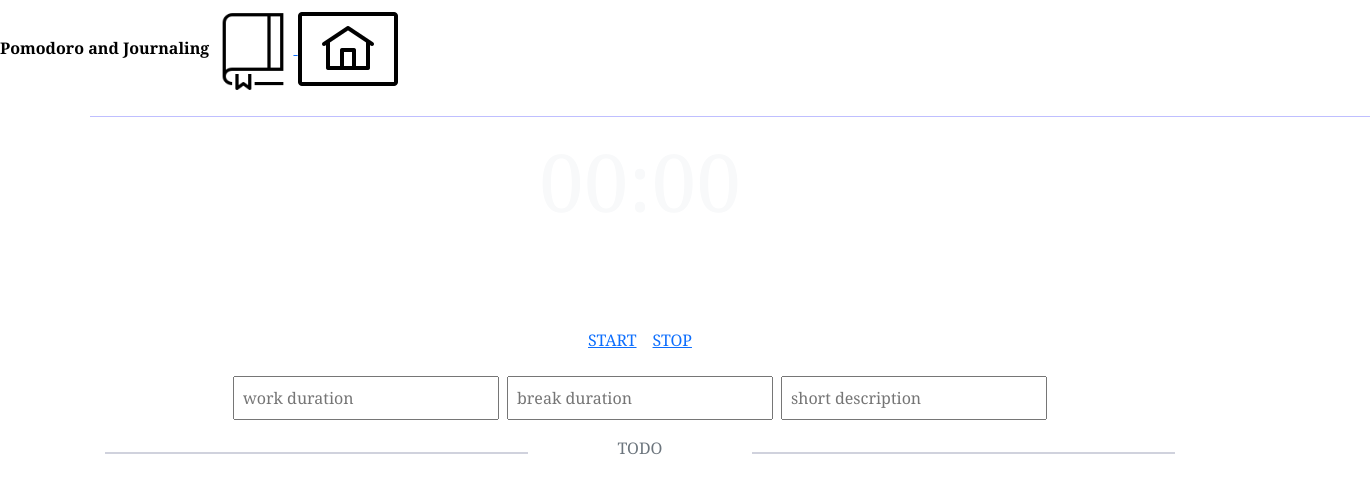
Repository: Lucid-art/Team-8-Project
Page: templates/pomodoro.html
The author's editor kept a copy of each file at every save. The page is drawn from the files as they stood at one save, then again after the next save.
The browser window is 1280 px wide. The page is 1370 px wide, so the pictures cover 1370 px, including what lies to the right of the window. The pictures show the whole page.
Some web libraries are served in a nearby version.

Above is the page before, as saved 2021-06-11 16:40:47.
Console error: TypeError: Cannot read properties of null (reading 'addEventListener')

### templates/pomodoro.html
<!DOCTYPE html>
<html lang="en">
<head>
    <meta charset="UTF-8">
    <meta http-equiv="X-UA-Compatible" content="IE=edge">
    <meta name="viewport" content="width=device-width, initial-scale=1.0">


    <!-- Font awesome -->
    <script src="https://kit.fontawesome.com/02b5c565be.js" crossorigin="anonymous"></script>
    <!-- Bootstrap Css -->
    <link href="https://cdn.jsdelivr.net/npm/bootstrap@5.0.0-beta3/dist/css/bootstrap.min.css" rel="stylesheet" integrity="sha384-eOJMYsd53ii+scO/bJGFsiCZc+5NDVN2yr8+0RDqr0Ql0h+rP48ckxlpbzKgwra6" crossorigin="anonymous">
    <!-- Custom Css -->
    <link rel= "stylesheet" href = "/static/style.css">
    <title>Pomodoro Timer</title>
</head>
<body>




        <p><b>Pomodoro and Journaling</b>  <a href = "/entryType">
            <img class = "book" alt="/entryType" src="/static/book.png" width= "80" height= "80">
        </a> <a href = "/"> <img src = "/static/home-screen.png" class = "home"></a>   </p><hr>

    </div>

        <!-- Header -->
        <div class="main-container">
            <div class="my-header d-flex flex-column align-items-center">
                <small class="remTime fw-normal display-1 text-light mb-3">00:00</small>

                <!-- Progress Bar -->
                <div class="progBar">
                    <div class="progress my-1" style="height:2px;">
                        <div class="progress-bar p1 bg-warning" role="progressbar" style="width: 1%;" aria-valuenow="25" aria-valuemin="0" aria-valuemax="100"></div>
                          </div>
                          <div class="progress" style="height: 33px;">
                            <div class="progress-bar p2 bg-warning progress-bar-striped progress-bar-animated" role="progressbar" style="width: 1%;" aria-valuenow="25" aria-valuemin="0" aria-valuemax="100"></div>
                          </div>
                </div>



                <p class="noticeBoard fs-6 text-center mt-3" style="color:black;"></p>
                <div class="my-btns d-flex">
                    <a href="#" class="resume py-2 mx-2 d-none ">RESUME</a>
                    <a href="#" class="pause py-2 mx-2 d-none">PAUSE</a>
                    <a href="#" class="start py-2 mx-2">START</a>
                    <a href="#" class="stop py-2 mx-2 ">STOP</a>

                </div>
            </div>

        </div>

       <small class="error d-flex justify-content-center fw-lighter mt-2 d-none" style="color: red;">Please fill all the inputs or work/break duration must be greater than 0(zero)</small>


       <!-- Description Form -->
        <div class="description mt-3">
            <form action="" class="desc-form d-flex justify-content-center">
                <input type="number" class="workDur p-2 mx-1"  name="workTime" placeholder="work duration">
                <input type="number" class="breakDur p-2 mx-1"  name="breakTime" placeholder="break duration">
                <input type="text" class="taskDesc p-2 mx-1" name="shortDesc"  placeholder="short description" autocomplete=off>
            </form>
        </div>

         <!-- TODO Heading -->
         <div class="TODO-heading d-flex justify-content-center pt-2 text-muted mt-2 ">
            <hr style="width: 33%; height: 2px;color: #434D7A;">
            <span>TODO</span>
            <hr style="width: 33%;height: 2px; color: #434D7A;">
        </div>

       <div class="completed-list">

       </div>

        <script src="/static/script.js"></script>
        <script src="/static/theme.js"></script>
</body>
</html>

### static/style.css

body {
    --text-color: #000000;
    --bkg-color: #ffffff;
}

h1,
b {
  color: var(--text-color);
}

#bold {
    color: var(--text-color);
}
body{
    font-family: Georgia, 'Times New Roman', Times, serif;
}

#main{
    display: inline;
    text-align: center;
}

hr {
    color: var(--text-color);
    color: blue;
    width: 100%;
    margin-left: 90px;
    margin-right: 90px;
}

#wrap{
    text-align: center;
}



.body {
    margin: 0px;
    padding: 0px;
  }
  .bar{

.bar{

    overflow: hidden;
    background-color: black;
    color: white;
    position: fixed;
    width: 100%;
}

.bar a{
    float: left;
    color: white;
    text-align: center;
    padding: 14px 16px;
    text-decoration: none;
    font-size: 17px;
}

.bar a:hover{
    background-color: grey;
    color: white;
}

.right{
    float: right;
}

.text{
    margin-top: 50px;
    text-align: center;
}






.body
  .main-container {
    display: grid;
    place-content: center;
    margin: auto;
    width: 100%;
    max-width: 70%;
    height: 300px;
    background: var(--bkg-color);
    margin-top: 10px;
    border-radius: 5px;
    box-shadow: rgba(50, 50, 93, 0.25) 0px 6px 12px -2px, rgba(0, 0, 0, 0.3) 0px 3px 7px -3px;
  }
  .my-btns a{
      border: 1px solid whitesmoke;
      border-radius: 5px;
      text-decoration: none;
      color: whitesmoke;
      display: grid;
      place-content: center;
      width: 150px;
      background-color: transparent
  }
  .my-btns a:hover{
      background-color:whitesmoke;
      color: rgb(128, 128, 128);
  }

  .progBar{
      height: 20px;
      width: 95%;
  }

  input{
      border:none;
      box-shadow: rgba(60, 64, 67, 0.3) 0px 1px 2px 0px, rgba(60, 64, 67, 0.15) 0px 1px 3px 1px;
      border-radius: 3px;
      font-size: 0.9rem;
      outline: none;

  }

  .workDur{
      width: 140px;
  }
  .breakDur{
      width: 140px;
  }
  .taskDesc{
      width: 590px;
  }

  .item{
      height: 90px;
      width: 100%;
      max-width: 70%;
      box-shadow: rgba(60, 64, 67, 0.3) 0px 1px 2px 0px, rgba(60, 64, 67, 0.15) 0px 1px 3px 1px;
      border-radius: 5px;
      margin: auto;
      border-left: 6px solid #D9534F;

  }

/* New code*/

.theme-buttons {
    /*all the grid stuff*/
    display: grid;
    grid-template-columns: 1fr 1fr 1fr 1fr;
    grid-gap: 10px;
    /*transmation */
    transition:  .3s ease
}

.button-stuff {
    border-radius: 0.25rem;
    font-size: 20px;
    padding: 5px 60px;
    border: none;
    transition:  .3s ease;
    outline: none;
}

.button {
    border: none;
}

 body {
    background: var(--bkg-color);
    padding-bottom: 30px;
    padding-top: 30px;
}

body.stealth-theme {
    --text-color: #383e42;
    --bkg-color: #010203;
  }

  #stealth {
    background-color: #010203;
    color:#383e42;
  }

  body.bmo-theme {
    --text-color: #124883;
    --bkg-color: #63bda4;
  }

  #bmo {
    background-color: #63bda4;
    color:#124883;
  }

  body.striker-theme {
    --text-color: #d6dbd9;
    --bkg-color: #124883;
  }

  #striker {
    background-color: #124883;
    color:#d6dbd9;
  }

  body.red-samurai-theme {
    --text-color: #c79e6e;
    --bkg-color: #84202c;
  }

  #red-samurai {
    background-color: #84202c;
    color: #c79e6e;
  }
/*
.vaporwave {
    background-color: #a4a7ea;
    color:#e368da;
    border-radius: 0.25rem;
    font-size: 20px;
    padding: 5px 60px;
    border: none;
    transition:  .3s ease;
    outline: none;
}

.vaporwave:hover{
    transform: scale(1.2);
    -webkit-transform: scale(1.2);
    -ms-transform: scale(1.2);
}

.vaporwave-mode {
    background-color: #a4a7ea;
    color:#e368da;
}

.methol {
    background-color: #00c18c;
    color:#ffffff;    border-radius: 0.25rem;
    font-size: 20px;
    padding: 5px 60px;
    border: none;
    transition:  .3s ease
}

.methol:hover{
    transform: scale(1.2);
    -webkit-transform: scale(1.2);
    -ms-transform: scale(1.2);
}

.striker {
    background-color: #124883;
    color:#d6dbd9;    border-radius: 0.25rem;
    font-size: 20px;
    padding: 5px 60px;
    border: none;
    transition:  .3s ease
}

.striker:hover{
    transform: scale(1.2);
    -webkit-transform: scale(1.2);
    -ms-transform: scale(1.2);
}

.red-samurai {
    background-color: #84202c;
    color: #c79e6e;    border-radius: 0.25rem;
    font-size: 20px;
    padding: 5px 60px;
    border: none;
    transition:  .3s ease
}

.red-samurai:hover{
    transform: scale(1.2);
    -webkit-transform: scale(1.2);
    -ms-transform: scale(1.2);
}

.sweden {
    background-color: #0058a3;
    color: #ffcc02;   border-radius: 0.25rem;
    font-size: 20px;
    padding: 5px 60px;
    border: none;
    transition:  .3s ease
}

.sweden:hover{
    transform: scale(1.2);
    -webkit-transform: scale(1.2);
    -ms-transform: scale(1.2);
}

.bliss {
    background-color: #262727;
    color: #f0d3c9;    border-radius: 0.25rem;
    font-size: 20px;
    padding: 5px 60px;
    border: none;
    transition:  .3s ease
}

.bliss:hover{
    transform: scale(1.2);
    -webkit-transform: scale(1.2);
    -ms-transform: scale(1.2);
}

.pulse {
    background-color: #181818;
    color: #17b8bd;    border-radius: 0.25rem;
    font-size: 20px;
    padding: 5px 60px;
    border: none;
    transition:  .3s ease
}

.pulse:hover{
    transform: scale(1.2);
    -webkit-transform: scale(1.2);
    -ms-transform: scale(1.2);
}

.metropolis {
    background-color: #0f1f2c;
    color: #e368da;    border-radius: 0.25rem;
    font-size: 20px;
    padding: 5px 60px;
    border: none;
    transition:  .3s ease
}

.metropolis:hover{
    transform: scale(1.2);
    -webkit-transform: scale(1.2);
    -ms-transform: scale(1.2);
}

.stealth {
    background-color: #010203;
    color:#383e42;    border-radius: 0.25rem;
    font-size: 20px;
    padding: 5px 60px;
    border: none;
    transition:  .3s ease
}

.stealth:hover{
    transform: scale(1.2);
    -webkit-transform: scale(1.2);
    -ms-transform: scale(1.2);
}

.aether {
    background-color: #101820;
    color:#eedaea;    border-radius: 0.25rem;
    font-size: 20px;
    padding: 5px 60px;
    border: none;
    transition:  .3s ease
}

.aether:hover{
    transform: scale(1.2);
    -webkit-transform: scale(1.2);
    -ms-transform: scale(1.2);
}

.darling {
    background-color: #fec8cd;
    color: #ffffff;    border-radius: 0.25rem;
    font-size: 20px;
    padding: 5px 60px;
    border: none;
    transition:  .3s ease
}

.darling:hover{
    transform: scale(1.2);
    -webkit-transform: scale(1.2);
    -ms-transform: scale(1.2);
}

.cafe {
    background-color: #ceb18d;
    color:#14120f;    border-radius: 0.25rem;
    font-size: 20px;
    padding: 5px 60px;
    border: none;
    transition:  .3s ease
}

.cafe:hover{
    transform: scale(1.2);
    -webkit-transform: scale(1.2);
    -ms-transform: scale(1.2);
}
*/

*{
    box-sizing:border-box;
}

<<<<<<< HEAD

=======
.theme-buttons {
    /*all the grid stuff*/
    display: grid;
    grid-template-columns: 1fr 1fr 1fr 1fr;
    grid-gap: 10px;
    /*transmation */
    transition:  .3s ease
}

.everyday{
    height: 50px;
    width: 100%;
    font-size: large;
    background-color: lightslategray;
}

.guided{
    height: 50px;
    width: 100%;
    font-size: large;
    background-color: lightslategray;
}

.third{
    height: 50px;
    width: 100%;
    font-size: large;
    background-color: lightslategray;
}

.fourth{
    height: 50px;
    width: 100%;
    font-size: large;
    background-color: lightslategray;
}

.back{
    width: 40px;
    height: 40px;
}

.book{
    margin-left: 30px;
    height: 30px;
    width: 30px;
}

.home{
    margin-left: 8px;
    height: 40px;
    width: 40px;
}
>>>>>>> f49a8bda76b81214ab7098f83e8dded261b1cad5

### static/script.js
const descForm = document.querySelector('.desc-form')
const myBtns = document.querySelector('.my-btns');
const errorMessage = document.querySelector('.error')
const remTime = document.querySelector('.remTime');
const notice = document.querySelector('.noticeBoard')


const completed = document.querySelector('.completed-list')

let workDuration = descForm.workTime.value;
let breakDuration = descForm.breakTime.value;
let shortDesc = descForm.shortDesc.value;
let timeRatio_of_progress = ((workDuration * 60)/100) * 1000;

descForm.workTime.addEventListener('keyup',e=>{
    errorMessage.classList.add('d-none')
    workDuration = e.target.value;
    workMinutes = workDuration - 1;
    timeRatio_of_progress = ((workDuration * 60)/100) * 1000;

})
descForm.breakTime.addEventListener('keyup',e=>{
    errorMessage.classList.add('d-none')
    breakDuration = e.target.value;
    breakMinutes = breakDuration - 1;

})
descForm.shortDesc.addEventListener('keyup',e=>{
    errorMessage.classList.add('d-none')
    shortDesc = e.target.value;
})



//Variables
let workMinutes  = workDuration -1;
let breakMinutes = breakDuration -1;
let timer1 = undefined
let timer2 = undefined
let breakcount = 0;
let seconds = 60;
let currentTime = undefined;
let EndTime = undefined;
let width = 0;




myBtns.addEventListener('click',(e)=>{
    if(e.target.classList.contains('start')){
        if(workDuration !== '0' && workDuration !==''){
            if(breakDuration !== '0' && breakDuration !== ''){
                if(shortDesc !== ''){
                    myIntervals();
                    disabling();
                    console.log(1)
                    myBtns.children[1].classList.remove('d-none')
                    myBtns.children[2].classList.add('d-none')
                    const checkCurrtime = new Date();
                    currentTime = checkCurrtime.toLocaleTimeString();
                }
                else{
                errorMessage.classList.remove('d-none')
                }
            }
            else{
            errorMessage.classList.remove('d-none')
            }
        }
        else{
            errorMessage.classList.remove('d-none')
        }

        }
    else if(e.target.classList.contains('pause')){
        clearInterval(timer1);
        clearInterval(timer2)
        myBtns.children[1].classList.add('d-none')
        myBtns.children[0].classList.remove('d-none')
    }
    else if(e.target.classList.contains('resume')){
        myIntervals();
        myBtns.children[0].classList.add('d-none')
        myBtns.children[1].classList.remove('d-none')
    }
    else if(e.target.classList.contains('stop')){
        myBtns.children[0].classList.add('d-none')
        myBtns.children[1].classList.add('d-none')
        myBtns.children[2].classList.remove('d-none')

        const checkEndtime = new Date();
        EndTime = checkEndtime.toLocaleTimeString();

        let html = `
        <div class="item my-4">
            <h5 class="px-4 mb-2 pt-3" style="color: green;">${shortDesc}</h5>
            <p class="px-4 fw-normal">${sessionTime()}</p>
        </div>     `
        completed.innerHTML += html
        clearAll();
    }

})




//fucntion, which is for showing the remaining time to user
let timeReamaining = () =>{
    seconds = seconds - 1;
    if(seconds === 0){
        workMinutes = workMinutes - 1;
        if(workMinutes === -1){
            if(breakcount % 2 === 0){
                workMinutes = breakMinutes;
                breakcount = breakcount + 1;
                notice.innerText = `(Break Time)`

            }else{
                width = 1;
                workMinutes = workDuration - 1;
                breakcount = breakcount + 1;
                notice.innerText = ' ';

        }
    }
        seconds = 59;
    }
//Here we are rendring the change in time on the timer screen
let html = `${workMinutes<10? `0${workMinutes}`:workMinutes}:${seconds<10? `0${seconds}`:seconds}`
remTime.innerText = html;
}


const progressBar1 = document.querySelector('.p1')
const progressBar2 = document.querySelector('.p2')
let increaseProgress = () =>{
    if(width === 100){
        progressBar1.style.width = 1 + '%'
        progressBar2.style.width = 1 + '%'
    }else{
        width ++;
        progressBar1.style.width = width + '%';
        progressBar2.style.width = width + '%';

    }

}

//fucntion to start time intervals
let myIntervals = () =>{
    timer1 = setInterval(timeReamaining,1000);
    timer2 = setInterval(increaseProgress,timeRatio_of_progress)
}

let disabling = () =>{
   descForm.workTime.disabled = true
   descForm.breakTime.disabled = true
   descForm.shortDesc.disabled = true
}
let enabling = () =>{
    descForm.workTime.disabled = false;
    descForm.breakTime.disabled = false;
    descForm.shortDesc.disabled = false;
    descForm.reset();
}

//function to reset all values
let clearAll = () =>{
    enabling();
    clearInterval(timer1)
    clearInterval(timer2)
    workMinutes = workDuration - 1;
    seconds = 60;
    breakMinutes = breakDuration - 1;
    shortDesc = ''
    progressBar1.style.width = 1 + '%'
    progressBar2.style.width = 1 + '%'
    remTime.textContent = `00:00`
    notice.textContent = '';
    width = 1

}

//fuction to show the starting and ending time
let sessionTime = () =>{
    return `Session was started at ${currentTime} and ended at ${EndTime}`
}

### static/theme.js
const stealth = document.querySelector("#stealth");
const striker = document.querySelector("#striker");
const redsamurai =  document.querySelector("#red-samurai");
const bmo =  document.querySelector("#bmo");


//where the code is saved to localstorage

const currentTheme = localStorage.getItem("theme");
if (currentTheme == "stealth") {
  document.body.classList.add("stealth-theme");
}else if (currentTheme == "striker") {
  document.body.classList.add("striker-theme");
}else if (currentTheme == "redsamurai") {
  document.body.classList.add("red-samurai-theme");
}else if (currentTheme == "bmo") {
  document.body.classList.add("bmo-theme");
}

stealth.addEventListener("click", function () {
  document.body.classList.toggle("stealth-theme"); //where the css id should go

  let theme = "light";
  if (document.body.classList.contains("stealth-theme")) {
    theme = "stealth";
  }
  localStorage.setItem("theme", theme);
});

//striker

striker.addEventListener("click", function () {
  document.body.classList.toggle("striker-theme");

  let theme = "light";
  if (document.body.classList.contains("striker-theme")) {
    theme = "striker";
  }
  localStorage.setItem("theme", theme);// this is pretty esentail <-- dislexia
});


//redsamurai

redsamurai.addEventListener("click", function () {
  document.body.classList.toggle("red-samurai-theme");

  let theme = "light";
  if (document.body.classList.contains("red-samurai-theme")) {
    theme = "redsamurai";
  }
  localStorage.setItem("theme", theme);
});

//BMO theme
bmo.addEventListener("click", function () {
  document.body.classList.toggle("bmo-theme");

  let theme = "light";
  if (document.body.classList.contains("bmo-theme")) {
    theme = "bmo";
  }
  localStorage.setItem("theme", theme);
});

After the next save:
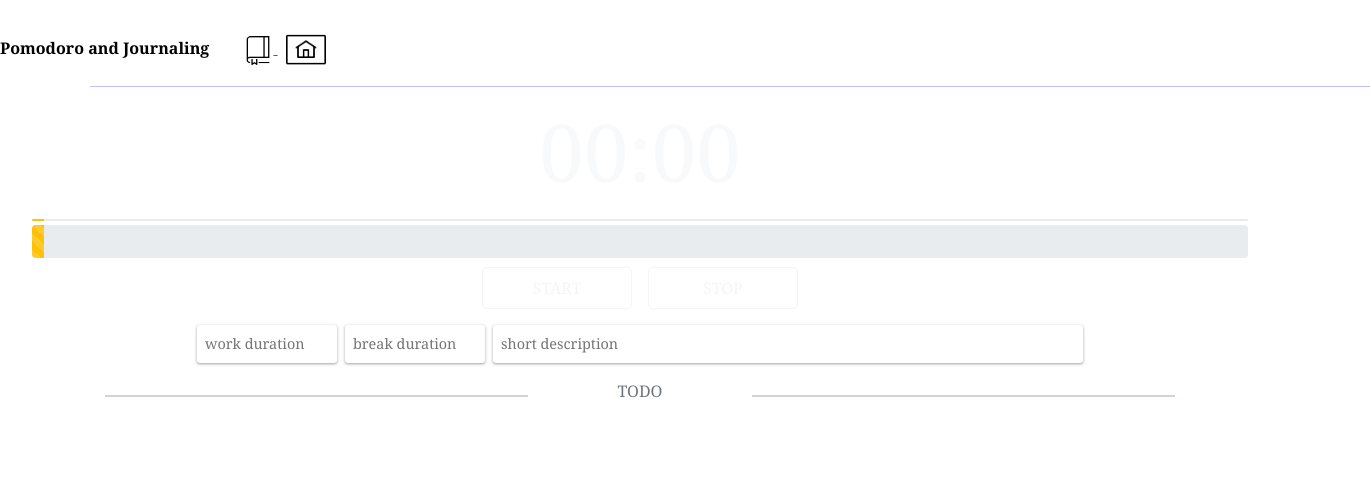
Saved 6 s later.
--- a/static/style.css
+++ b/static/style.css
@@ -39,7 +39,7 @@ hr {
     margin: 0px;
     padding: 0px;
   }
-  .bar{
+
 
 .bar{
 
